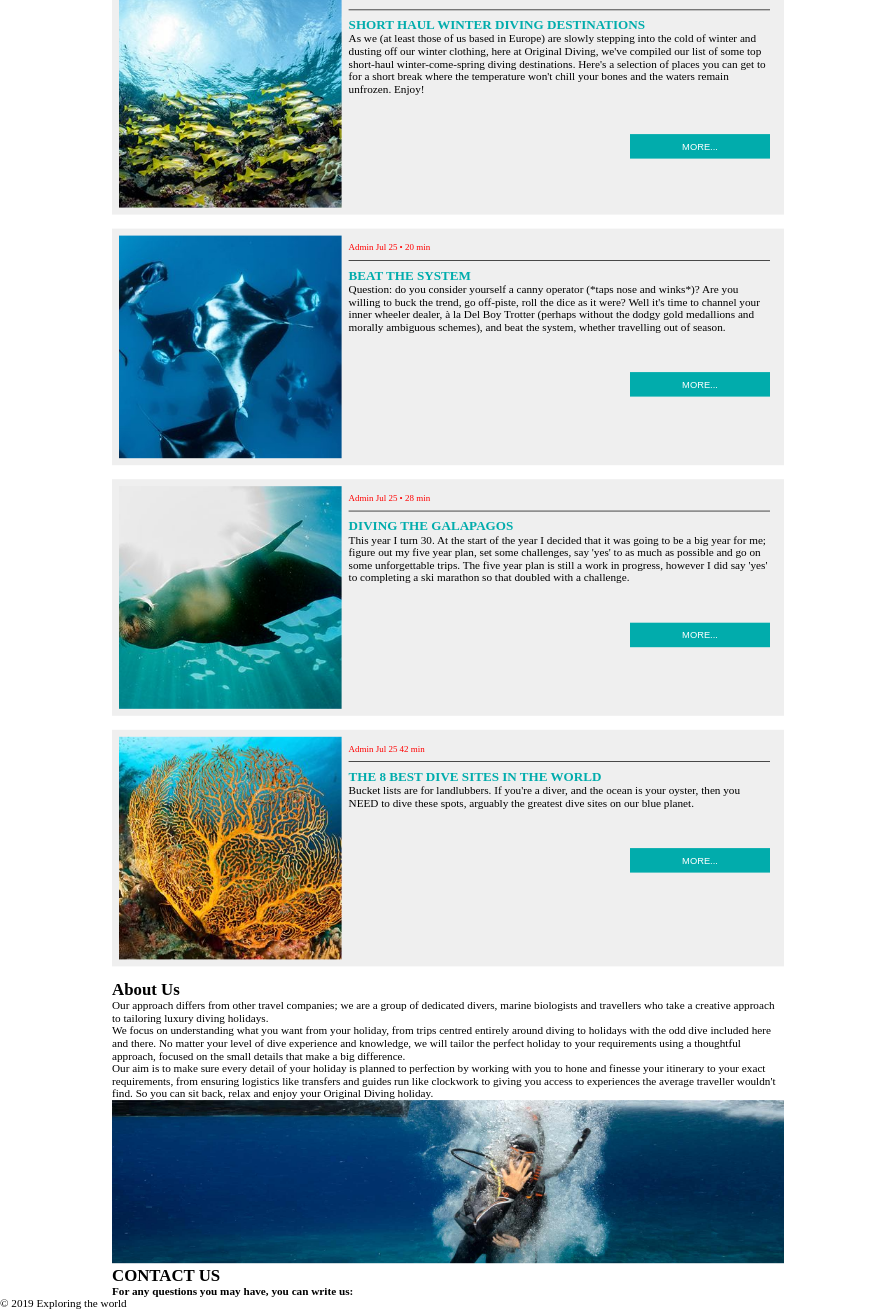
Repository: M1shkaBear/FLX
Page: FLX_homework_3/homework/index.html
An editor plug-in stored every save of this project. The page is shown before and after the next save, followed by the edit.
The browser window is 1280 px wide. The pictures show the part of the page from y = 1571 to 3491 px (the page is 3443 px tall before and 3491 px after), at 70% of full size.
The style sheet was rebuilt from its Sass, Less or Tailwind sources for each picture, by a compiler version that may differ from the author's.

Above is the page before, as saved 2019-01-26 18:18:43.

### FLX_homework_3/homework/index.html
<!DOCTYPE html>
<html lang="en">
  <head>
    <meta charset="UTF-8" />
    <meta name="viewport" content="width=device-width, initial-scale=1.0" />
    <meta http-equiv="X-UA-Compatible" content="ie=edge" />

    <!-- Styles should be switched here: -->

    <link rel="stylesheet" type="text/css" href="css/style1.css" />
    <!-- <link rel="stylesheet" type="text/css" href="css/style2.css" /> -->

    <title>Explore the world of ocean</title>
  </head>

  <body>
    <div class="main-wrapper">
      <header>
        <div class="top-wrapper">
          <div class="logo"><img src="img/logo.png" alt="" /></div>

          <nav>
            <a role="button" href="#list" target="_self">Blog</a>
            <a role="button" href="#about" target="_self">About</a>
            <a role="button" href="#contact" target="_self">Contact</a>
          </nav>
        </div>
        <section>
          <h1>Explore the fantastic beauty of our world</h1>
          <a class="btn btn-top" href="#list" target="_self">Dive now</a>
        </section>
      </header>
      <main>
        <div class="toolbar"><input type="text" placeholder="Search" /></div>
        <section class="post-list" id="list">
          <h1>Blog</h1>
          <article>
            <img src="img/post-1.jpg" alt="" />
            <div>
              <div class="post">
                <div class="post-description">Admin Jul 25 &#8226; 2 min</div>
                <h3>The Top Five Places To Learn To Dive</h3>
                <p>
                  Divers are really astronauts; gliding weightless through the
                  ocean we observe alien worlds carpeted in vast fields of
                  colourful corals with equally bizarre, enthralling inhabitants
                  - from the foreign clicks of dolphins communicating to minute
                  technicolour slugs (nudibranch). And best yet, you don't need
                  years of gruelling training or a rocket to experience these
                  watery worlds, just four days and a eagle-ray-eyed (sorry)
                  ground control.
                </p>
              </div>
              <button class="btn">More...</button>
            </div>
          </article>
          <article>
            <img src="img/post-2.jpg" alt="" />
            <div>
              <div class="post">
                <div class="post-description">Admin Jul 25 &#8226; 10 min</div>
                <h3>Dive Into 2019</h3>
                <p>
                  As the nights draw in, the temperature drops (we had a good
                  run) and businesses start to compete for the best Christmas TV
                  ad (move aside Elton, Waitrose's Stollen takes the crown), the
                  festive season is upon us. So, naturally, we've decided to
                  bypass all of that and look straight ahead to next year, which
                  is shaping up to be a good'un. From a very exclusive
                  expedition to the best new openings and off-the-beaten track
                  diving adventures.
                </p>
              </div>
              <button class="btn">More...</button>
            </div>
          </article>
          <article>
            <img src="img/post-3.jpg" alt="" />
            <div>
              <div class="post">
                <div class="post-description">Admin Jul 25 &#8226; 15 min</div>
                <h3>Short Haul Winter Diving Destinations</h3>
                <p>
                  As we (at least those of us based in Europe) are slowly
                  stepping into the cold of winter and dusting off our winter
                  clothing, here at Original Diving, we've compiled our list of
                  some top short-haul winter-come-spring diving destinations.
                  Here's a selection of places you can get to for a short break
                  where the temperature won't chill your bones and the waters
                  remain unfrozen. Enjoy!
                </p>
              </div>
              <button class="btn">More...</button>
            </div>
          </article>
          <article>
            <img src="img/post-4.jpg" alt="" />
            <div>
              <div class="post">
                <div class="post-description">Admin Jul 25 &#8226; 20 min</div>
                <h3>Beat the System</h3>
                <p>
                  Question: do you consider yourself a canny operator (*taps
                  nose and winks*)? Are you willing to buck the trend, go
                  off-piste, roll the dice as it were? Well it's time to channel
                  your inner wheeler dealer, à la Del Boy Trotter (perhaps
                  without the dodgy gold medallions and morally ambiguous
                  schemes), and beat the system, whether travelling out of
                  season.
                </p>
              </div>
              <button class="btn">More...</button>
            </div>
          </article>
          <article>
            <img src="img/post-5.jpg" alt="" />
            <div>
              <div class="post">
                <div class="post-description">Admin Jul 25 &#8226; 28 min</div>
                <h3>Diving The Galapagos</h3>
                <p>
                  This year I turn 30. At the start of the year I decided that
                  it was going to be a big year for me; figure out my five year
                  plan, set some challenges, say 'yes' to as much as possible
                  and go on some unforgettable trips. The five year plan is
                  still a work in progress, however I did say 'yes' to
                  completing a ski marathon so that doubled with a challenge.
                </p>
              </div>
              <button class="btn">More...</button>
            </div>
          </article>
          <article>
            <img src="img/post-6.jpg" alt="" />
            <div>
              <div class="post">
                <div class="post-description">Admin Jul 25 42 min</div>
                <h3>The 8 Best Dive Sites in the World</h3>
                <p>
                  Bucket lists are for landlubbers. If you're a diver, and the
                  ocean is your oyster, then you NEED to dive these spots,
                  arguably the greatest dive sites on our blue planet.
                </p>
              </div>
              <button class="btn">More...</button>
            </div>
          </article>
        </section>

        <section class="about" id="about">
          <div>
            <h1>About Us</h1>
            <p>
              Our approach differs from other travel companies; we are a group
              of dedicated divers, marine biologists and travellers who take a
              creative approach to tailoring luxury diving holidays.
            </p>
            <p>
              We focus on understanding what you want from your holiday, from
              trips centred entirely around diving to holidays with the odd dive
              included here and there. No matter your level of dive experience
              and knowledge, we will tailor the perfect holiday to your
              requirements using a thoughtful approach, focused on the small
              details that make a big difference.
            </p>
            <p>
              Our aim is to make sure every detail of your holiday is planned to
              perfection by working with you to hone and finesse your itinerary
              to your exact requirements, from ensuring logistics like transfers
              and guides run like clockwork to giving you access to experiences
              the average traveller wouldn't find. So you can sit back, relax
              and enjoy your Original Diving holiday.
            </p>
          </div>
          <div><img src="img/about-section.jpg" alt="" /></div>
        </section>

        <section class="contact-form" id="contact">
          <h1>CONTACT US</h1>
          <h4>For any questions you may have, you can write us:</h4>

          <!-- TODO: write form fields -->
        </section>
      </main>
      <footer><span>&#169; 2019 Exploring the world</span></footer>
    </div>
  </body>
</html>

### FLX_homework_3/homework/scss/style1.scss
// Do not edit this file
@import "variables1";
@import "main";

### FLX_homework_3/homework/scss/_variables1.scss
$contentBackground: #fff;
$bgArticle: #efefef;
$fonts: normal 300 15px/24px Roboto, Ubuntu, Cantarell, Helvetica, sans-serif;
$bgImg: url("../img/header_background_v1.jpg");
$aColor: white;
$abdcolor: #607d8b;
$btnColor: #01acac;
$lineColor: black;
$datecolor: red;
$h3Color: #01acac;

### FLX_homework_3/homework/scss/_main.scss
* {
  padding: 0;
  margin: 0;
}

body {
  background: $contentBackground;
}

main {
  margin: 0 auto;
  width: 960px;
  article {
    background-color: $bgArticle;
  }
}

header {
  background-image: $bgImg;
  background-position: center;
  background-size: cover;
  height: 100vh;
  text-transform: uppercase;
  .top-wrapper {
    display: flex;
    flex-direction: row;
    align-items: flex-start;
    justify-content: space-between;
  }
  .btn.btn-top {
    background-color: $btnColor;
    color: white;
    border: none;
    padding: 15px 80px;
    text-align: center;
    text-decoration: none;
    display: inline-block;
    font-size: 16px;
  }
  section {
    color: $aColor;
    display: flex;
    flex-direction: column;
    align-items: center;
    margin-top: 150px;
  }

  .logo {
    float: left;
    width: 20%;
    img {
      width: 100%;
      height: auto;
    }
  }
  nav {
    a {
      color: $aColor;
      font: $fonts;
      text-transform: uppercase;
      text-decoration: none;
      padding: 20px 177px 20px 177px;
      display: inline-block;
    }

    a:not(:last-of-type) {
      border-width: 0 2px 0 0;
      border-style: solid;
      border-color: $abdcolor;
    }
  }
}
.toolbar {
  margin: 20px 0 0 80%;
  input {
    padding: 10px;
    border: 1px solid;
  }
}

main {
  margin: 0 auto;
  display: flex;
  flex-direction: column;
}

.post-list {
  text-align: left;
  h1 {
    color: $lineColor;
    padding-top: 20px;
    text-align: right;
    text-transform: uppercase;
  }
  article {
    padding: 10px;
    margin-bottom: 20px;
    display: flex;
    flex-direction: row;
    justify-content: space-between;
    align-items: flex-start;
    h3 {
      text-transform: uppercase;
      color: $h3Color;
    }
    .btn {
      background-color: $btnColor;
      color: white;
      padding: 10px 0px;
      width: 200px;
      text-transform: uppercase;
      margin-top: 55px;
      cursor: pointer;
      border: 0px;
    }
  }
  article > div {
    padding: 10px;
    display: flex;
    flex-direction: column;
    justify-content: space-between;
    align-items: flex-end;
  }
}
.post-description {
  font-size: 0.8em;
  border-bottom: 1px solid $lineColor;
  margin-bottom: 10px;
  padding-bottom: 10px;
  color: $datecolor;
}
#about {
  img {
    width: 100%;
  }
  div:last-child {
    img {
      width: 100%;
      height: 100%;
    }
  }
}

After the next save:
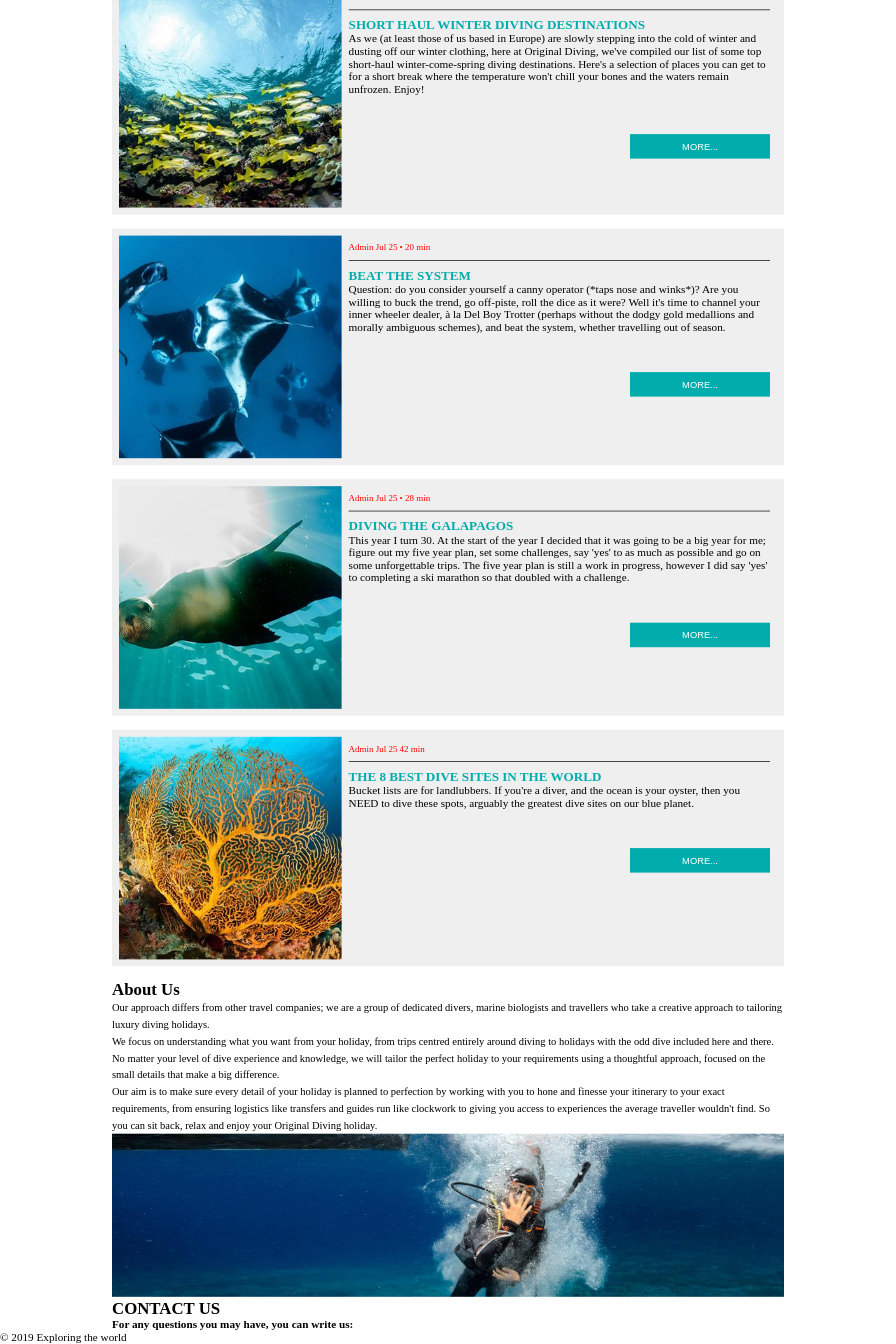
Saved 43 s later.
--- a/FLX_homework_3/homework/scss/_main.scss
+++ b/FLX_homework_3/homework/scss/_main.scss
@@ -133,6 +133,11 @@
   img {
     width: 100%;
   }
+  p {
+    font-weight: 300px;
+    font-size: 15px;
+    line-height: 1.6;
+  }
   div:last-child {
     img {
       width: 100%;

After the save that followed:
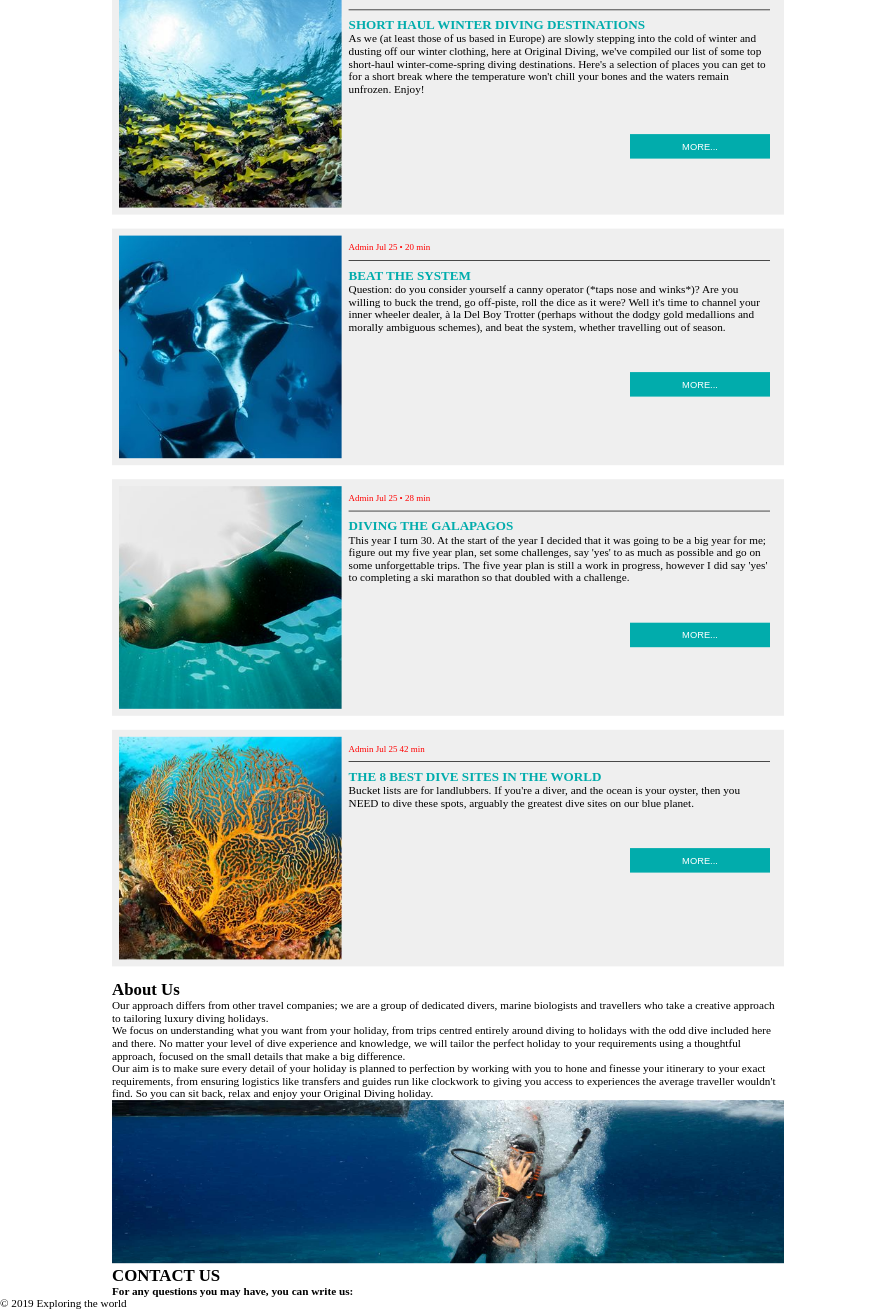
Saved 35 s later.
--- a/FLX_homework_3/homework/scss/_main.scss
+++ b/FLX_homework_3/homework/scss/_main.scss
@@ -133,15 +133,4 @@
   img {
     width: 100%;
   }
-  p {
-    font-weight: 300px;
-    font-size: 15px;
-    line-height: 1.6;
-  }
-  div:last-child {
-    img {
-      width: 100%;
-      height: 100%;
-    }
-  }
 }
